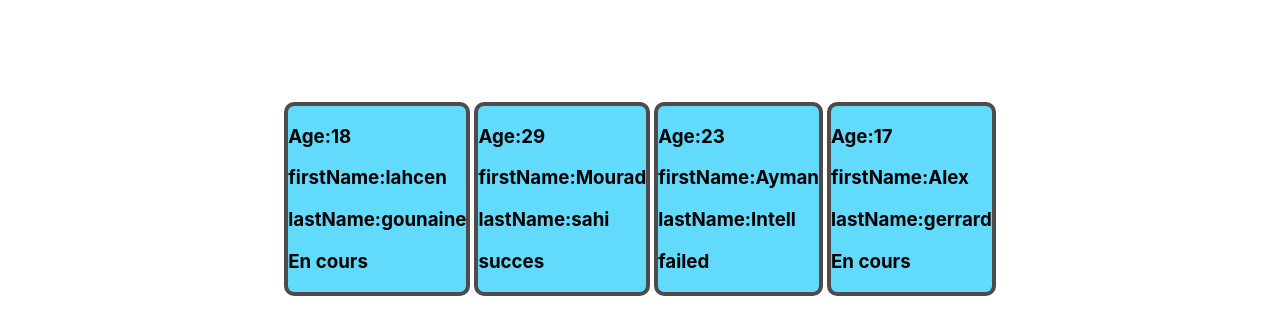
Repository: gounaine/Add_candidat
Page: /
The author's editor kept a copy of each file at every save. The page is drawn from the files as they stood at one save, then again after the next save.
The browser window is 1280 px wide. The pictures show the whole page.
The project was rebuilt for these pictures with package versions that can differ from the ones it lists, and the page was loaded fresh each time.

Above is the page before, as saved 2024-05-26 19:48:54.

After the next save:
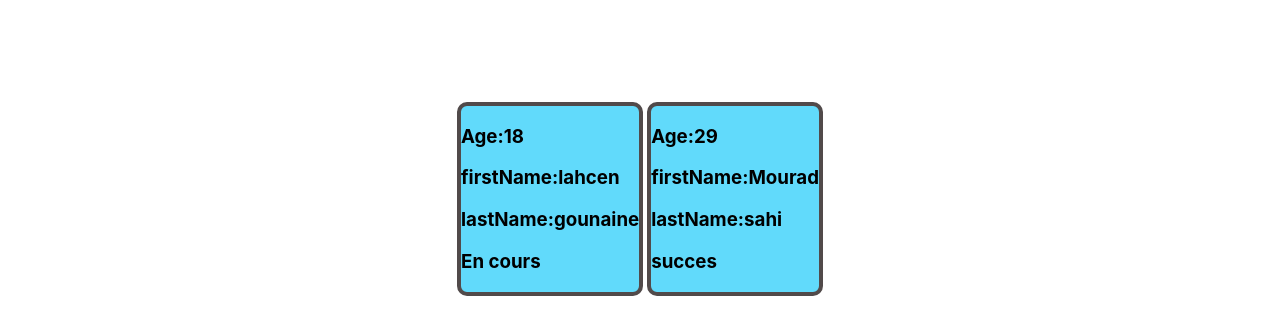
Saved 2 min 6 s later.
--- a/src/index.js
+++ b/src/index.js
@@ -12,8 +12,7 @@ root.render(
     <App/>
     <Person firstName={"lahcen"} lastName={"gounaine"} Age={18}>En cours</Person>
     <Person firstName={"Mourad"} lastName={"sahi"} Age={29}>succes</Person>
-    <Person firstName={"Ayman"} lastName={"Intell"} Age={23}>failed</Person>
-    <Person firstName={"Alex"} lastName={"gerrard"} Age={17}>En cours</Person>
+
   </React.StrictMode>
 );
 
